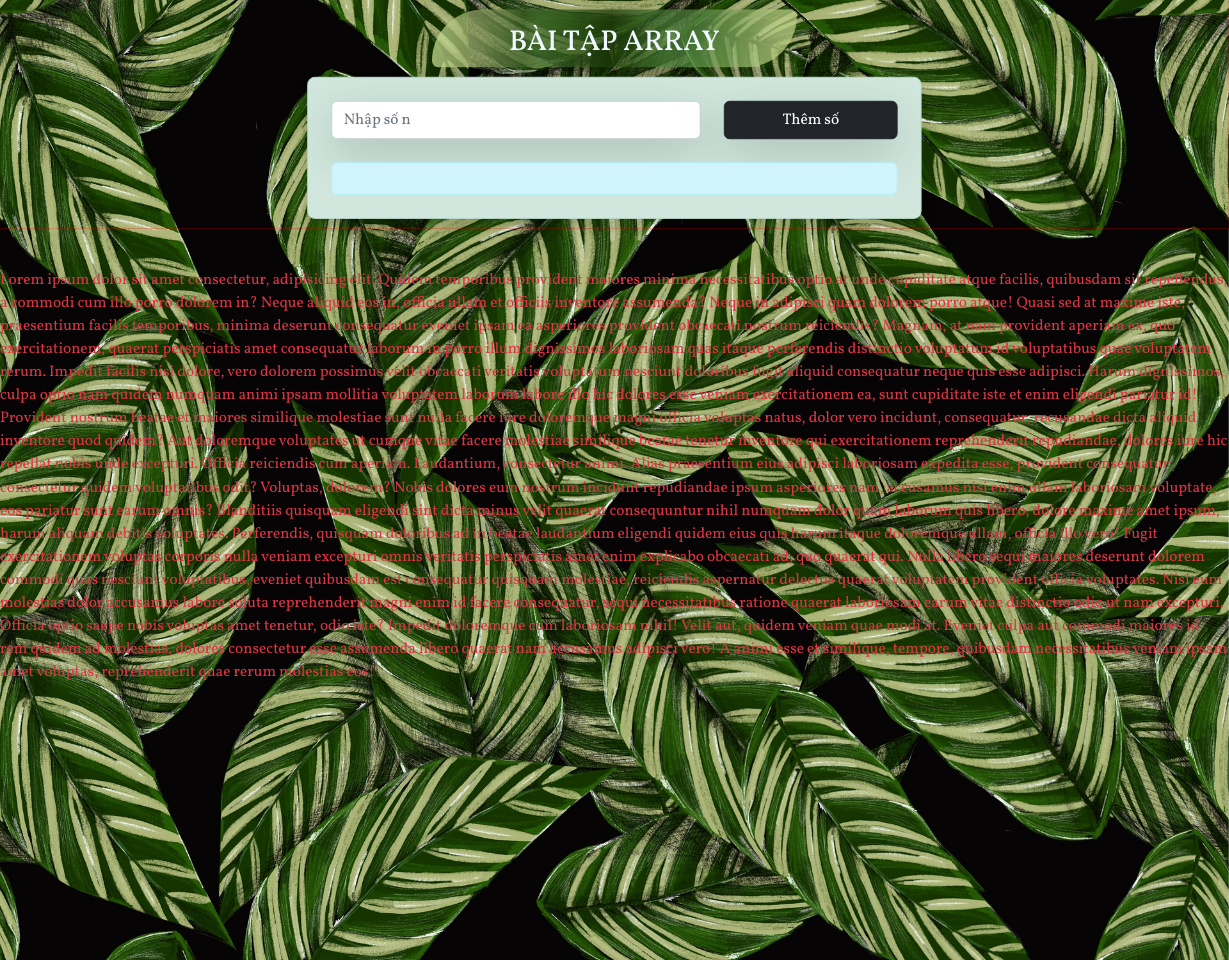
Repository: hcozyph/TranHuuPhuoc_BC43_BT_JS_Buoi7_8_ARRAY
Page: index.html
The author's editor kept a copy of each file at every save. The page is drawn from the files as they stood at one save, then again after the next save.
The browser window is 1280 px wide. The pictures show the whole page, at 96% of full size.
Backgrounds fixed to the window are drawn as part of the page.

Above is the page before, as saved 2023-02-21 16:29:06.

### index.html
<!DOCTYPE html>
<html lang="en">
    <head>
        <title>BT Array</title>
        <!-- Required meta tags -->
        <meta charset="utf-8" />
        <meta
            name="viewport"
            content="width=device-width, initial-scale=1, shrink-to-fit=no"
        />
        <!-- font -->
        <link rel="preconnect" href="https://fonts.googleapis.com" />
        <link rel="preconnect" href="https://fonts.gstatic.com" crossorigin />
        <link
            href="https://fonts.googleapis.com/css2?family=Fraunces:ital,opsz,wght@0,9..144,600;0,9..144,700;1,9..144,300;1,9..144,400;1,9..144,500;1,9..144,600;1,9..144,700;1,9..144,800&family=Vollkorn:ital,wght@0,400;0,500;0,600;0,700;0,800;0,900;1,400;1,500;1,600;1,700;1,800;1,900&display=swap"
            rel="stylesheet"
        />
        <!-- Bootstrap CSS v5.2.1 -->
        <link
            href="https://cdn.jsdelivr.net/npm/bootstrap@5.2.1/dist/css/bootstrap.min.css"
            rel="stylesheet"
            integrity="sha384-iYQeCzEYFbKjA/T2uDLTpkwGzCiq6soy8tYaI1GyVh/UjpbCx/TYkiZhlZB6+fzT"
            crossorigin="anonymous"
        />

        <!-- index.css -->
        <link rel="stylesheet" href="./css/index.css" />
    </head>

    <body>
        <div class="container">
            <div class="bt-array-top">
                <div class="bt-array-title pt-2 shadow-lg">
                    <h1
                        class="text-center shadow-lg p-2"
                        ;
                        style="font-size: 30px"
                    >
                        BÀI TẬP ARRAY
                    </h1>
                </div>

                <div
                    id="mainArray"
                    class="alert alert-success w-50 text-center d-block rounded-3 shadow p-4"
                    style="margin: 10px auto"
                >
                    <div class="row row-cols-3">
                        <div class="col-8">
                            <input
                                id="user-input"
                                type="number"
                                class="form-control shadow-lg py-2"
                                placeholder="Nhập số n"
                                style="height: 100%"
                            />
                        </div>
                        <div class="col">
                            <button
                                id="user-btn"
                                class="btn btn-dark shadow-lg"
                                style="height: 100%; width: 100%"
                            >
                                Thêm số
                            </button>
                        </div>
                    </div>

                    <div class="alert alert-info mt-4 mb-0" role="alert">
                        <span id="user-array"></span>
                    </div>
                </div>
            </div>

            <div class="bt-array-content">
                <div class="text-danger">
                    Lorem ipsum dolor sit amet consectetur, adipisicing elit.
                    Quidem temporibus provident maiores minima necessitatibus
                    optio at unde cupiditate atque facilis, quibusdam sit
                    repellendus, a commodi cum illo porro dolorem in? Neque
                    aliquid eos in, officia ullam et officiis inventore
                    assumenda? Neque in adipisci quam dolorem porro atque! Quasi
                    sed at maxime iste, praesentium facilis temporibus, minima
                    deserunt consequatur eveniet ipsam ea asperiores provident
                    obcaecati nostrum reiciendis? Magnam, at nam provident
                    aperiam ex, quo exercitationem, quaerat perspiciatis amet
                    consequatur laborum in porro illum dignissimos laboriosam
                    quas itaque perferendis distinctio voluptatum id
                    voluptatibus quae voluptatem rerum. Impedit facilis nisi
                    dolore, vero dolorem possimus velit obcaecati veritatis
                    voluptatum nesciunt doloribus fugit aliquid consequatur
                    neque quis esse adipisci. Harum dignissimos, culpa optio nam
                    quidem numquam animi ipsam mollitia voluptatem laborum
                    labore illo hic dolores esse veniam exercitationem ea, sunt
                    cupiditate iste et enim eligendi pariatur id! Provident
                    nostrum beatae et maiores similique molestiae sunt nulla
                    facere iure doloremque magni officia voluptas natus, dolor
                    vero incidunt, consequatur, recusandae dicta aliquid
                    inventore quod quidem? Aut doloremque voluptates ut cumque
                    vitae facere molestiae similique beatae tenetur inventore
                    qui exercitationem reprehenderit repudiandae, dolores iure
                    hic repellat nobis unde excepturi. Officia reiciendis cum
                    aperiam. Laudantium, consectetur animi. Alias praesentium
                    eius adipisci laboriosam expedita esse, provident
                    consequatur consectetur quidem voluptatibus odit? Voluptas,
                    dolorem? Nobis dolores eum nostrum incidunt repudiandae
                    ipsum asperiores nam, accusamus nisi enim ullam laboriosam
                    voluptate, eos pariatur sunt earum omnis? Blanditiis
                    quisquam eligendi sint dicta minus velit quaerat
                    consequuntur nihil numquam dolor quam laborum quis libero,
                    dolore maxime amet ipsum, harum aliquam debitis voluptates.
                    Perferendis, quisquam doloribus ad in beatae laudantium
                    eligendi quidem eius quis harum itaque doloremque ullam,
                    officia illo vero! Fugit exercitationem voluptas corporis
                    nulla veniam excepturi omnis veritatis perspiciatis amet
                    enim explicabo obcaecati ad, quo quaerat qui. Nulla libero
                    sequi maiores deserunt dolorem commodi quas nesciunt
                    voluptatibus, eveniet quibusdam est consequatur quisquam
                    molestiae, reiciendis aspernatur delectus quaerat voluptatem
                    provident officia voluptates. Nisi eum molestias dolor
                    accusamus labore soluta reprehenderit magni enim id facere
                    consequatur, sequi necessitatibus ratione quaerat laboriosam
                    earum vitae distinctio odio ut nam excepturi. Officia optio
                    saepe nobis voluptas amet tenetur, odio iste? Impedit
                    doloremque cum laboriosam nihil! Velit aut, quidem veniam
                    quae modi at. Eveniet culpa aut commodi maiores id rem
                    quidem ad molestias, dolores consectetur esse assumenda
                    libero quaerat nam accusamus adipisci vero! A animi esse et
                    similique, tempore, quibusdam necessitatibus veniam ipsam
                    amet voluptas, reprehenderit quae rerum molestias eos!
                </div>
                <div class="bt1"></div>
            </div>
        </div>

        <!-- Bootstrap JavaScript Libraries -->
        <script
            src="https://cdn.jsdelivr.net/npm/@popperjs/core@2.11.6/dist/umd/popper.min.js"
            integrity="sha384-oBqDVmMz9ATKxIep9tiCxS/Z9fNfEXiDAYTujMAeBAsjFuCZSmKbSSUnQlmh/jp3"
            crossorigin="anonymous"
        ></script>

        <script
            src="https://cdn.jsdelivr.net/npm/bootstrap@5.2.1/dist/js/bootstrap.min.js"
            integrity="sha384-7VPbUDkoPSGFnVtYi0QogXtr74QeVeeIs99Qfg5YCF+TidwNdjvaKZX19NZ/e6oz"
            crossorigin="anonymous"
        ></script>

        <!-- method.js -->
        <link rel="stylesheet" href="./js/method.js" />

        <!-- index.js -->
        <script src="./js/index.js"></script>
    </body>
</html>

### css/index.css
* {
    margin: 0;
    padding: 0;
    box-sizing: border-box;
    font-family: "Fraunces", serif;
    font-family: "Vollkorn", serif;
}

.container {
    margin: 0 auto;
    max-width: 1440px;
    overflow: hidden;
    padding: 0;

    background-image: url(../img/2.jpg);
    background-size: cover;
    background-position: inherit;
    background-repeat: no-repeat;
    background-attachment: fixed;

    height: 1000px;
    position: relative;
}

.bt-array-title {
    display: block;
    width: 380px;
    margin: 0 auto;
    border-radius: 80px 10px 80px 10px;

    font-size: 40px;
    font-weight: 700;
    /* background-color: red; */
    color: aliceblue;
    background: rgb(156, 173, 110);
    background: linear-gradient(
        90deg,
        rgba(198, 219, 142, 0.75) 0%,
        rgba(156, 173, 110, 0.75) 10%,
        rgba(60, 94, 39, 0.75) 25%,
        rgba(68, 112, 49, 0.75) 29%,
        rgba(27, 57, 5, 0.75) 49%,
        rgba(66, 114, 50, 0.75) 63%,
        rgba(90, 139, 69, 0.75) 74%,
        rgba(184, 203, 130, 0.75) 95%
    );
}

.bt-array-top {
    position: fixed;
    width: 100%;
    padding-top: 10px;
    background-color: red;

    background-image: url(../img/2.jpg);
    background-size: cover;
    background-position: inherit;
    background-repeat: no-repeat;
    background-attachment: fixed;
}

.bt-array-content {
    padding-top: 280px;
}

### js/index.js
/*create-array*/
var mainArray = [];

document.getElementById('user-btn').onclick = function(){
    //input: userInput
    var userInput = Number(document.getElementById('user-input').value);

    //output: mainArray

    //process
    mainArray.push(userInput);

    document.getElementById('user-array').innerHTML = mainArray;


}




/*End-create-array*/

Loaded but not shown: js/method.js (no stored copy; drawn as an empty file)

After the next save:
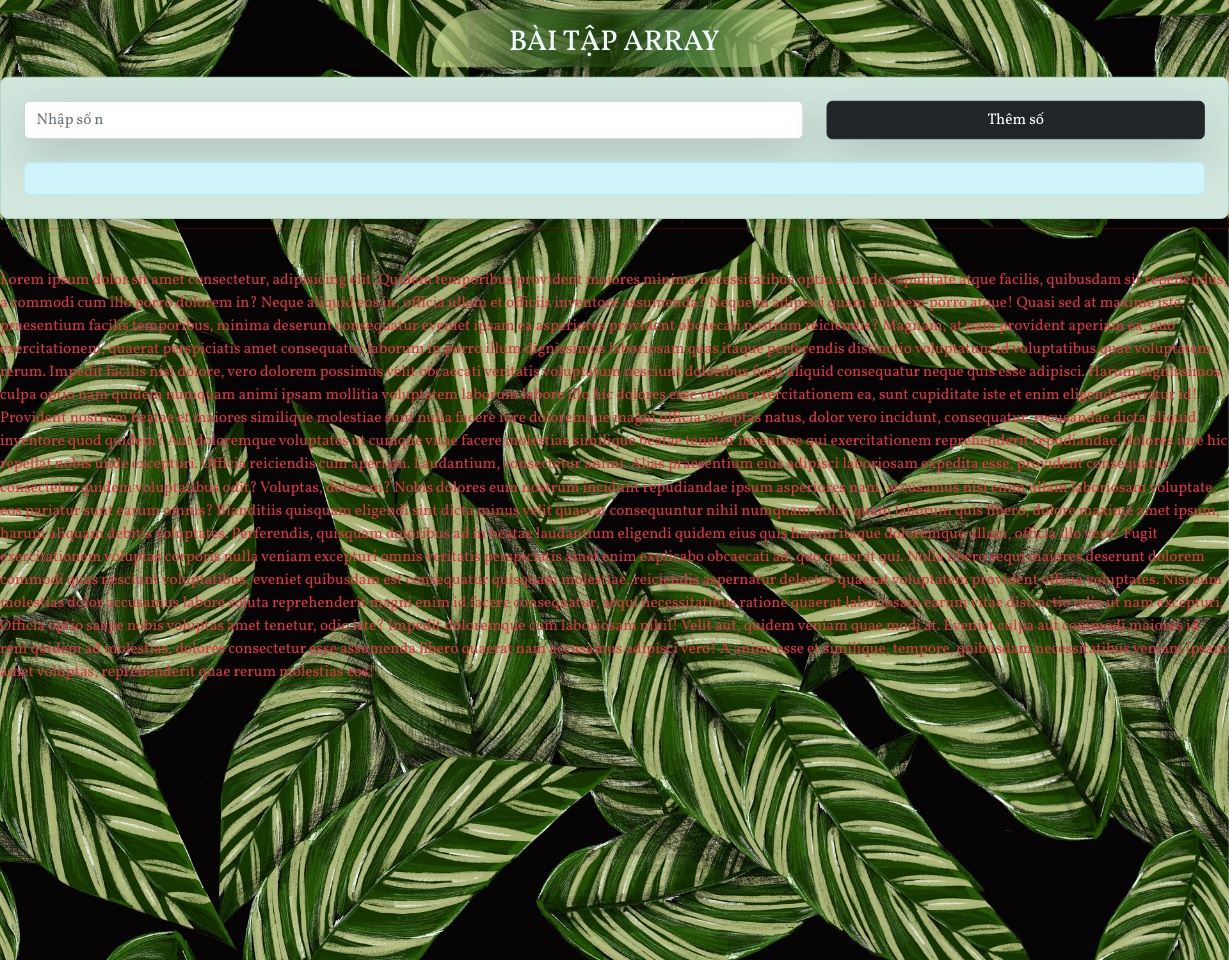
Saved 76 s later.
--- a/index.html
+++ b/index.html
@@ -42,7 +42,7 @@
 
                 <div
                     id="mainArray"
-                    class="alert alert-success w-50 text-center d-block rounded-3 shadow p-4"
+                    class="alert alert-success text-center d-block rounded-3 shadow p-4"
                     style="margin: 10px auto"
                 >
                     <div class="row row-cols-3">

After the save that followed:
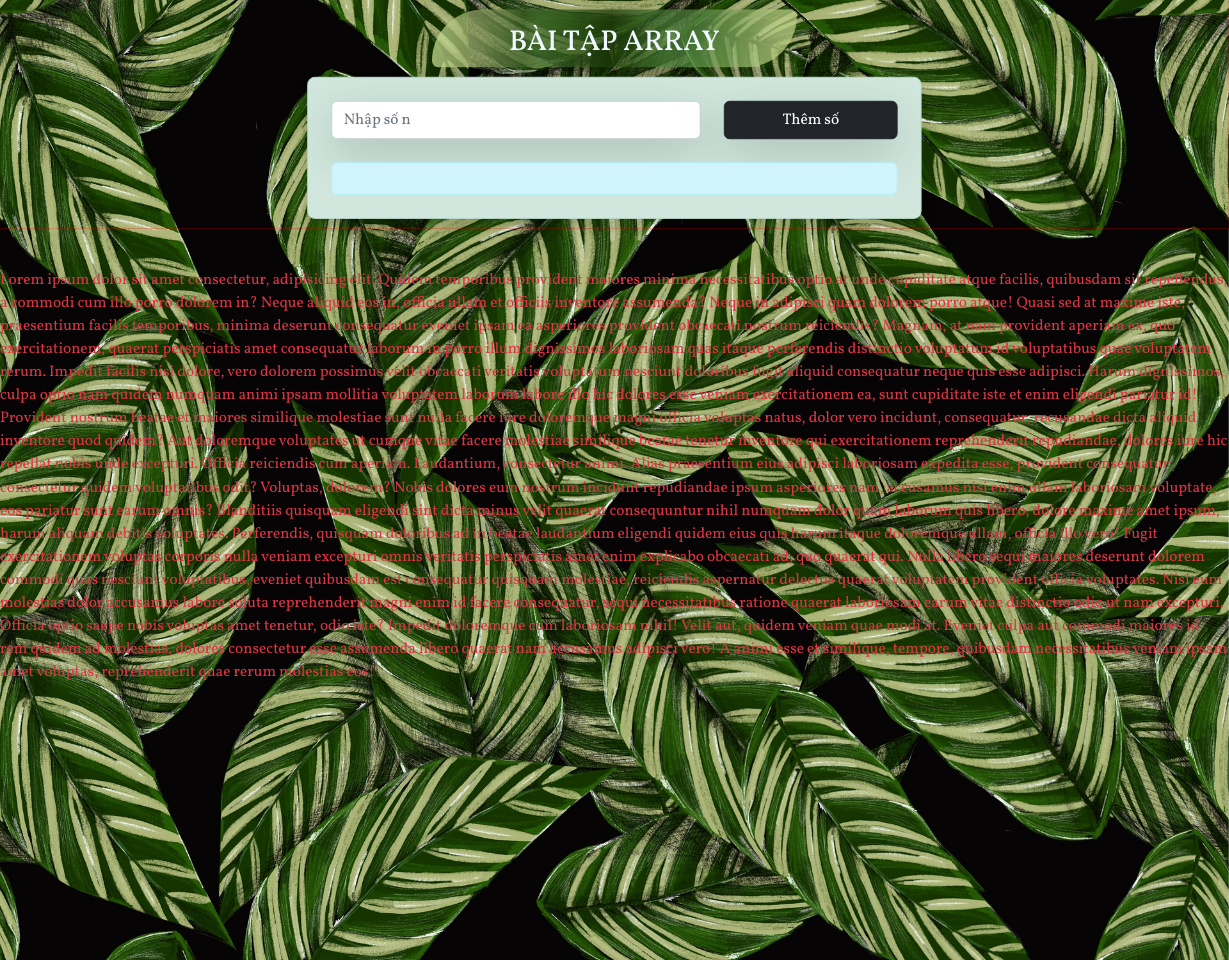
Saved 13 s later.
--- a/index.html
+++ b/index.html
@@ -42,7 +42,7 @@
 
                 <div
                     id="mainArray"
-                    class="alert alert-success text-center d-block rounded-3 shadow p-4"
+                    class="alert alert-success w-50 text-center d-block rounded-3 shadow p-4"
                     style="margin: 10px auto"
                 >
                     <div class="row row-cols-3">
